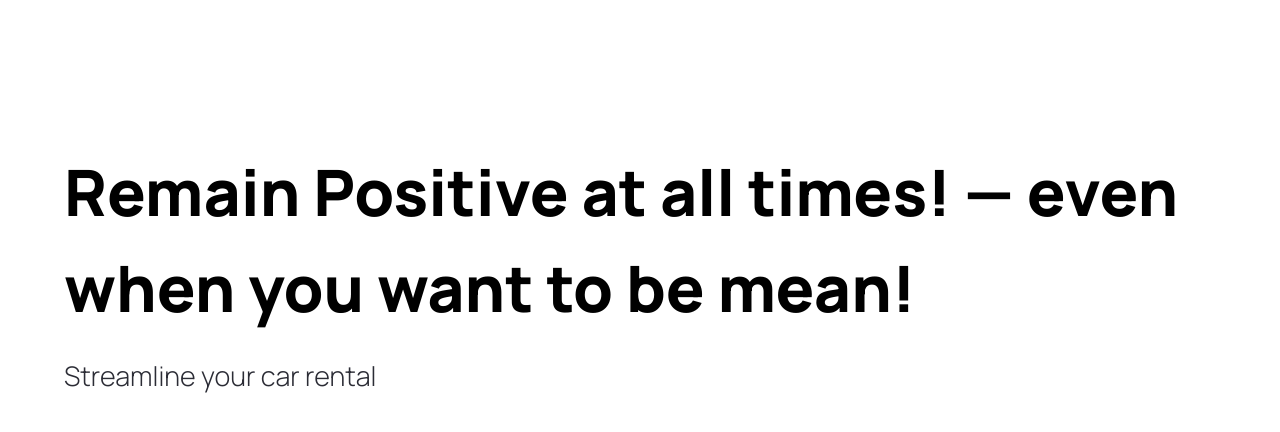
Repository: MikeeBuilds/driver
Page: /
The author's editor kept a copy of each file at every save. The page is drawn from the files as they stood at one save, then again after the next save.
The browser window is 1280 px wide. The pictures show the whole page.
The project was rebuilt for these pictures with package versions that can differ from the ones it lists, and the page was loaded fresh each time. The framework's server and built-in components were replaced by stand-ins that run in the browser. Also part of the build but not shown: next.config.js.

Above is the page before, as saved 2023-06-21 21:39:03.

After the next save:
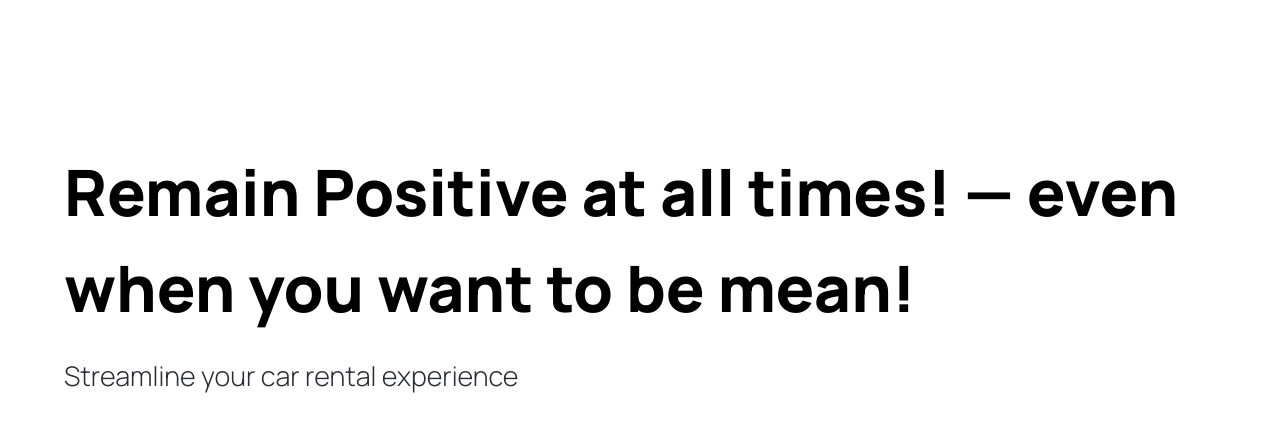
Saved 4 s later.
--- a/components/Hero.tsx
+++ b/components/Hero.tsx
@@ -10,7 +10,8 @@ const Hero = () => {
             </h1>
 
             <p className='hero__subtitle'>
-                Streamline your car rental
+                Streamline your car rental experience
+
             </p>
         </div>
     </div>
